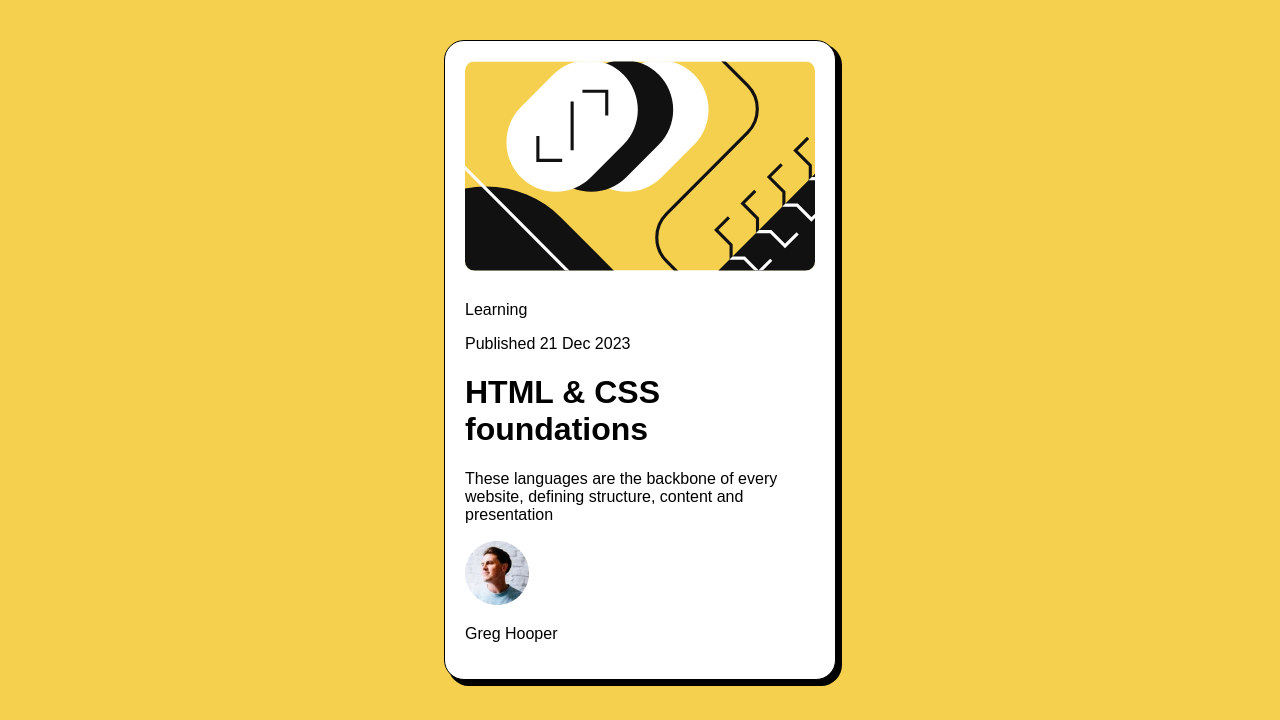
Repository: brandontaylor1/blogpreviewcard
Page: index.html
These files come from the project's save history. The page is drawn as it stood at one moment and after the next save; the edit follows.
The browser window is 1280 px wide. The pictures show the whole page.

Above is the page before, as saved 2024-12-25 11:07:20.

### index.html
<!DOCTYPE html>
<html lang="en">
<head>
    <meta charset="UTF-8">
    <meta name="viewport" content="width=device-width, initial-scale=1.0">
    <link rel="stylesheet" href="./index.css">
    <title>HTML & CSS Foundations</title>
</head>
<body>
    <main class="container">
        <div class="img-container">
            <img src="./images/illustration-article.svg" class="heading-img" alt="">
        </div>
        <div class="card-content">
            <p>Learning</p>
            <p>Published 21 Dec 2023</p>
            <h1>HTML & CSS foundations</h1>
            <p>These languages are the backbone of every website, defining structure, content and presentation</p>
        </div>
        <div class="user-footer">
            <img src="./images/image-avatar.webp" alt="person-image">
            <p>Greg Hooper</p>
        </div>
    </main>

    <script src="index.js"></script>
</body>
</html>

### index.css
:root {
    /* COLORS */
    --primary-yellow: hsl(47, 88%, 63%);
    --primary-white: hsl(0, 0%, 100%);
    --primary-gray-reg: hsl(0, 0%, 42%);
    --primary-gray-bold: hsl(0, 0%, 7%);

    --main-font-size: 16px;

    --main-font-family: 'Figtree', sans-serif;
    --main-font-weight-reg: 500;
    --main-font-weight-bold: 800;
}


body {
    box-sizing: border-box;
    margin: 0;
    padding: 0;
    height: 100vh;
    font-family: var(--main-font-family);
    display: flex;
    align-items: center;
    justify-content: center;
    background-color: var(--primary-yellow);
}

.container {
    width: 350px;
    height:
    margin: 0 auto;
    padding: 0 20px;
    background-color: var(--primary-white);
    width: 350px;
    padding: 20px;
    border-radius: 20px;
    border: 1px solid black;
    box-shadow: 5px 5px 0 1px rgba(0, 0, 0, 1);
    transition: box-shadow 0.3s ease;
}

.heading-img {
    width: 100%;
    margin-bottom: 10px;
    border-radius: 10px;
}

.container:hover {
    box-shadow: 0 0 0 0 rgba(0, 0, 0, 0.5);
}

Loaded but not shown: index.js (no stored copy; drawn as an empty file)

After the next save:
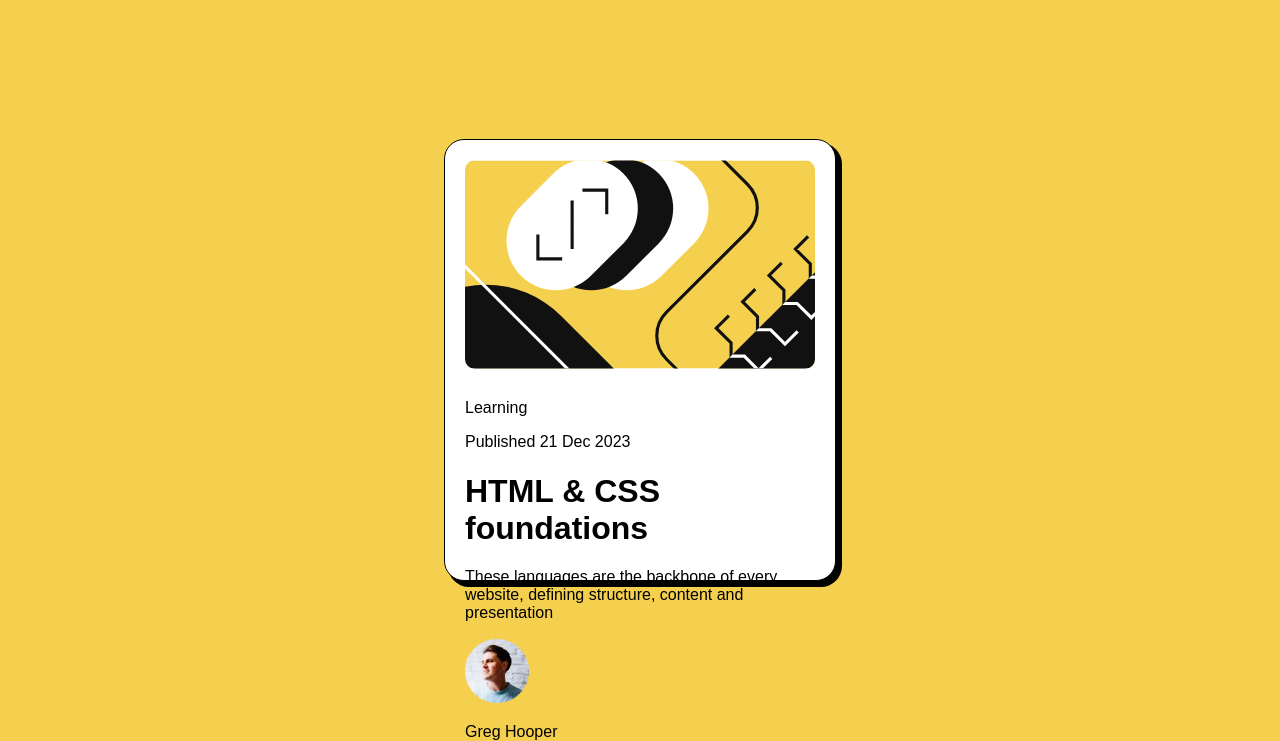
Saved 14 s later.
--- a/index.css
+++ b/index.css
@@ -27,7 +27,7 @@ body {
 
 .container {
     width: 350px;
-    height:
+    height: 400px;
     margin: 0 auto;
     padding: 0 20px;
     background-color: var(--primary-white);
